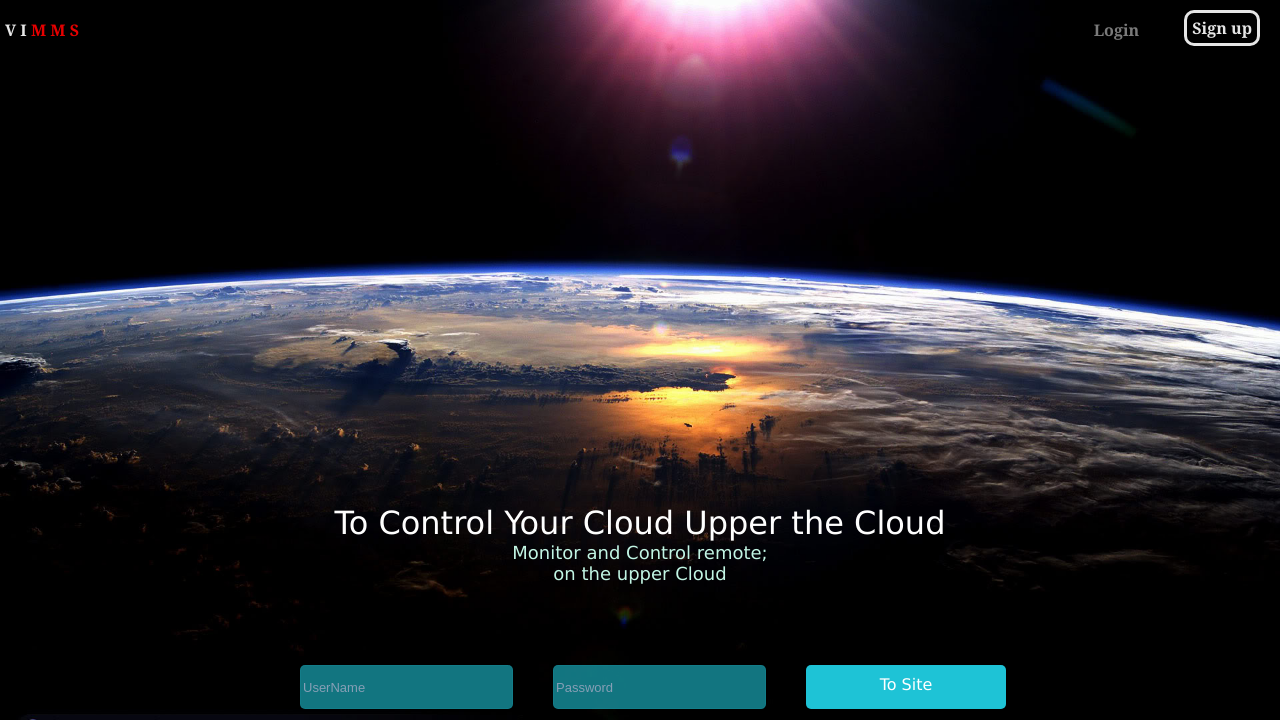
Repository: Freshield/GAEJSP
Page: GAEtesting/war/index.html
An editor plug-in stored every save of this project. The page is shown before and after the next save, followed by the edit.
The browser window is 1280 px wide. The pictures show the whole page.

Above is the page before, as saved 2016-03-31 01:43:05.

After the next save:
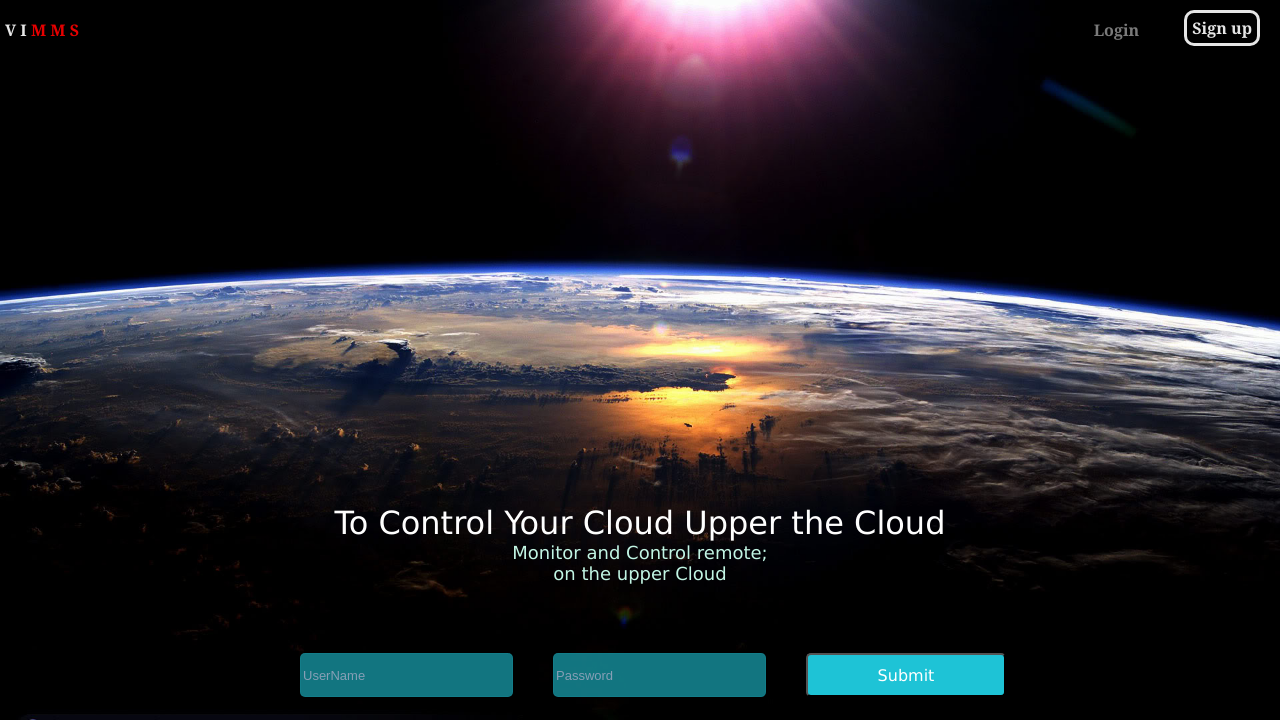
Saved 86 s later.
--- a/GAEtesting/war/index.html
+++ b/GAEtesting/war/index.html
@@ -182,7 +182,7 @@
         <input id="passwordtext" name="password" type="password" placeholder="Password"
         onkeypress="if(event.keyCode==13) {signin();return false;}">
     </div>
-    <div id="CONNECT" onclick="signin();">To Site</div>
+    <input id="CONNECT" type="submit" >To Site
 </div>
 
 <script type="text/javascript">
